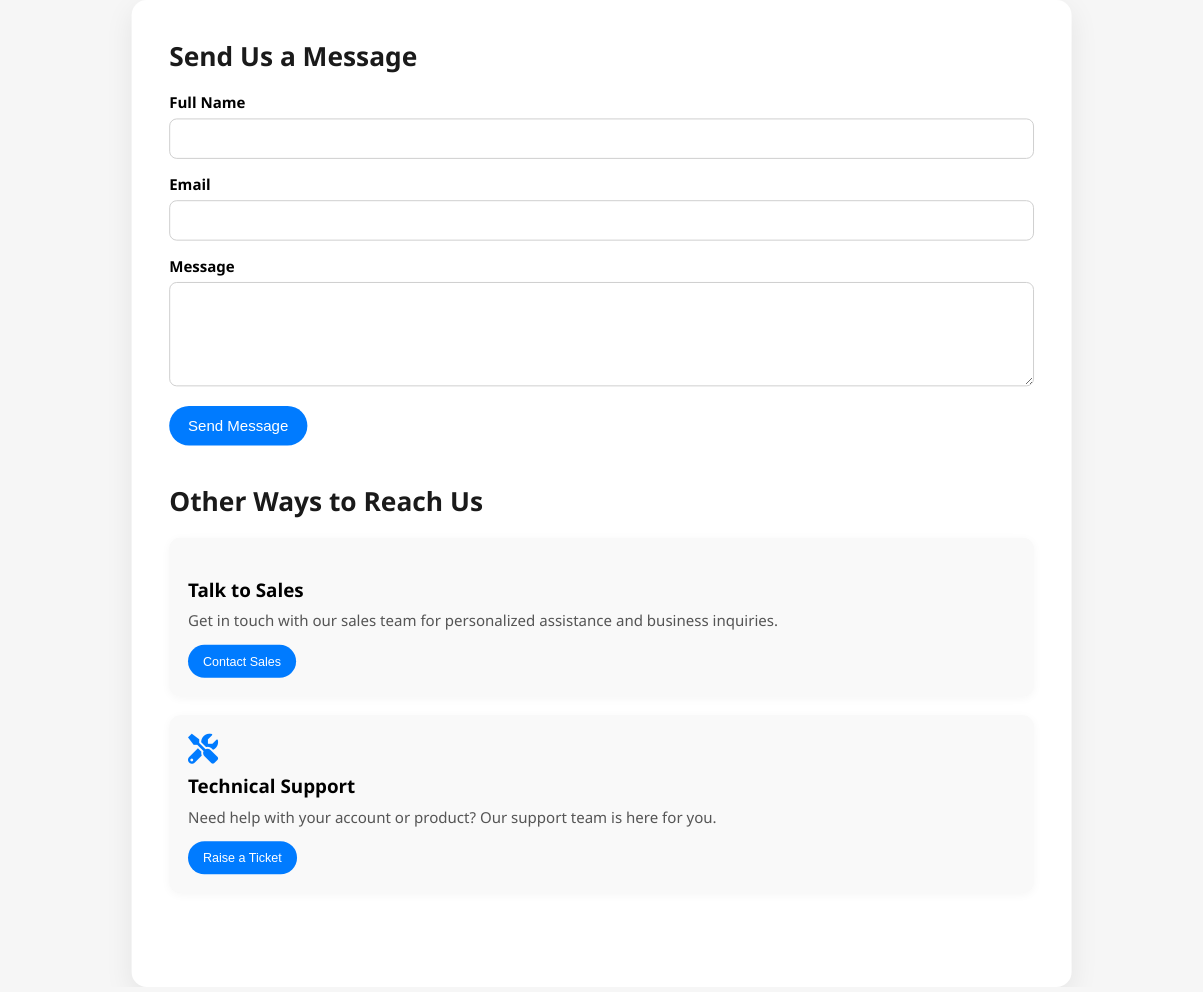
Repository: siva-shankar-2004/EmployeeManagementSystem
Page: src/main/resources/static/contact.html
The author's editor kept a copy of each file at every save. The page is drawn from the files as they stood at one save, then again after the next save.
The browser window is 1280 px wide. The pictures show the whole page, at 94% of full size.
Backgrounds fixed to the window are drawn as part of the page.

Above is the page before, as saved 2025-04-06 21:59:19.

After the next save:
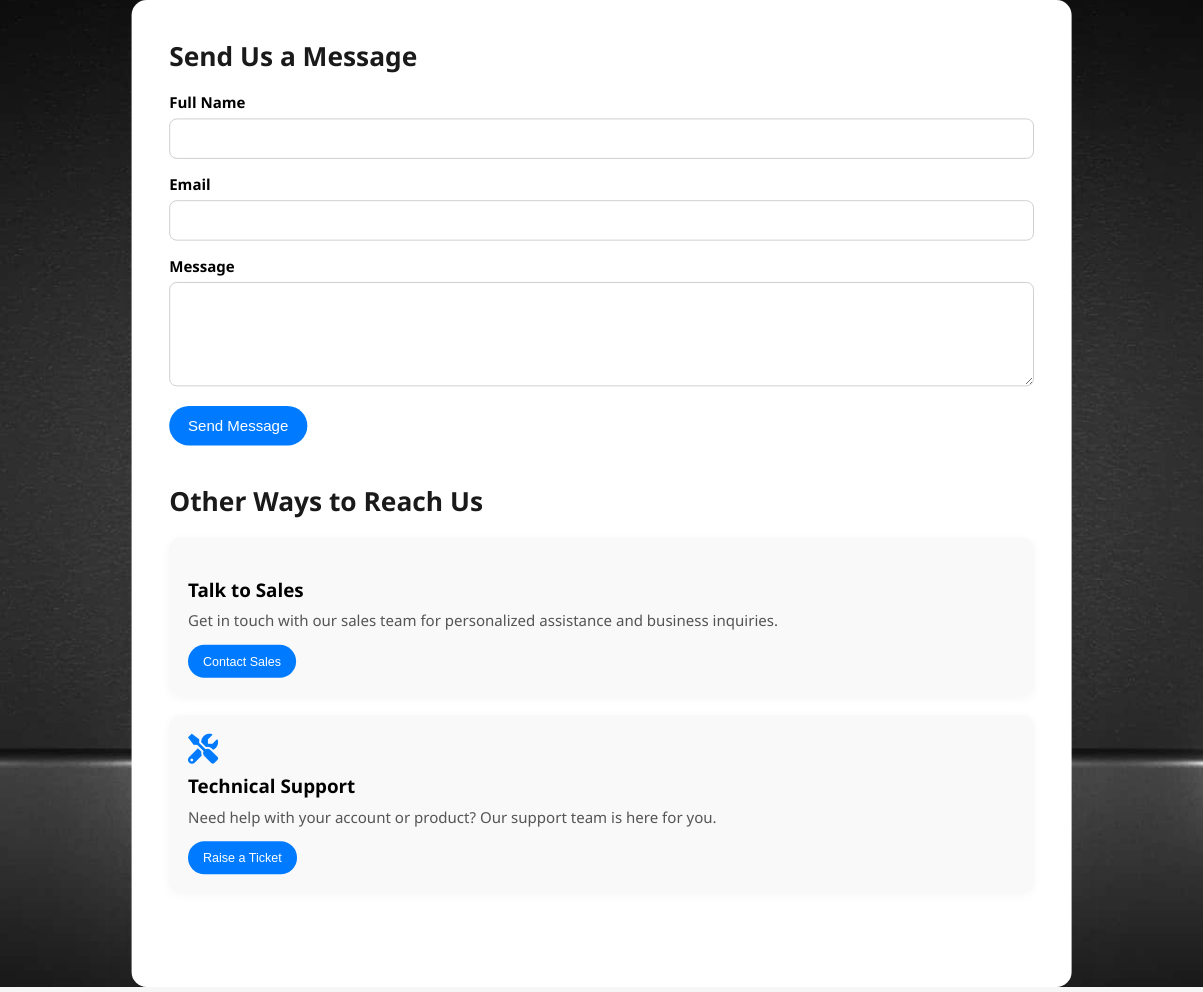
Saved 27 s later.
--- a/src/main/resources/static/contact.html
+++ b/src/main/resources/static/contact.html
@@ -13,6 +13,7 @@
     }
 
     body {
+      background: url('ogbackground.jpg') no-repeat center center fixed;
       font-family: 'Segoe UI', Tahoma, Geneva, Verdana, sans-serif;
       background-color: #f6f6f6;
       display: flex;
